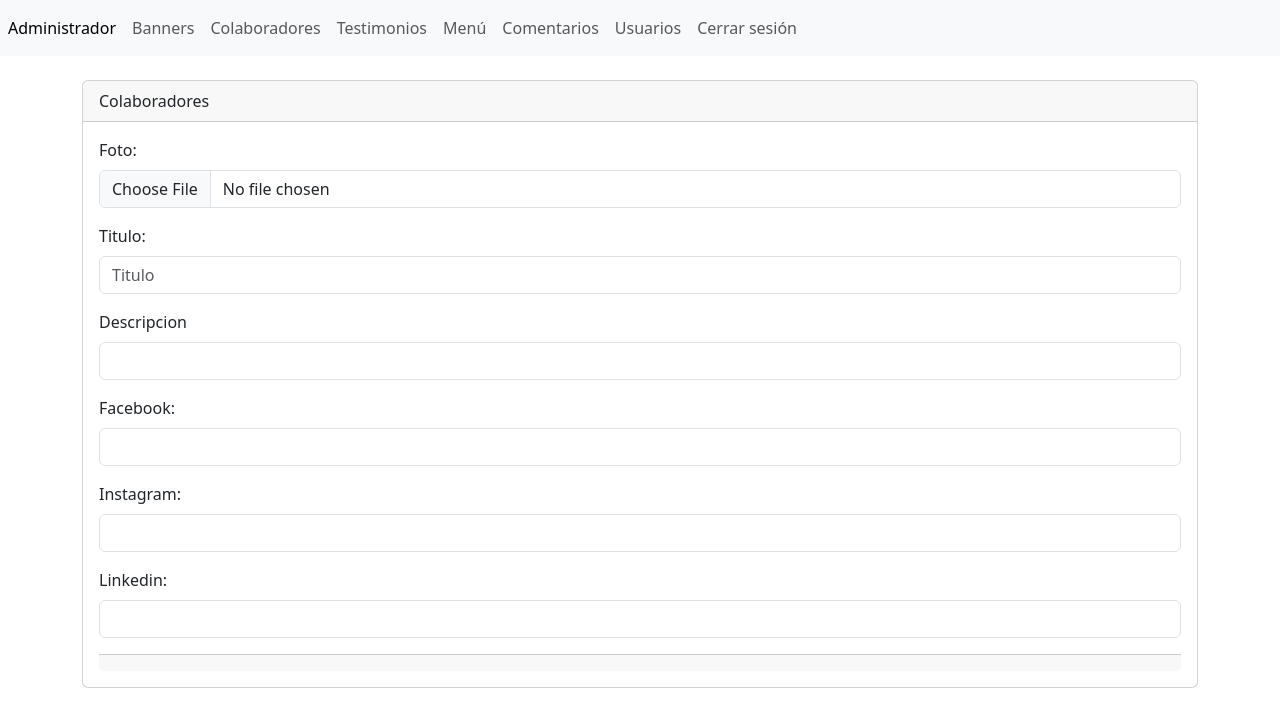
Repository: salextros/Restaurant-Project-PHP-MySQL
Page: http://localhost/TRABAJO_FINAL/restaurant/admin/seccion/colaboradores/crear.php
The author's editor kept a copy of each file at every save. The page is drawn from the files as they stood at one save, then again after the next save.
The browser window is 1280 px wide. The pictures show the whole page.
The page is run by PHP 8.4 with error messages shown; the project is at /var/www/html/.

Above is the page before, as saved 2026-01-24 18:11:06.

After the next save:
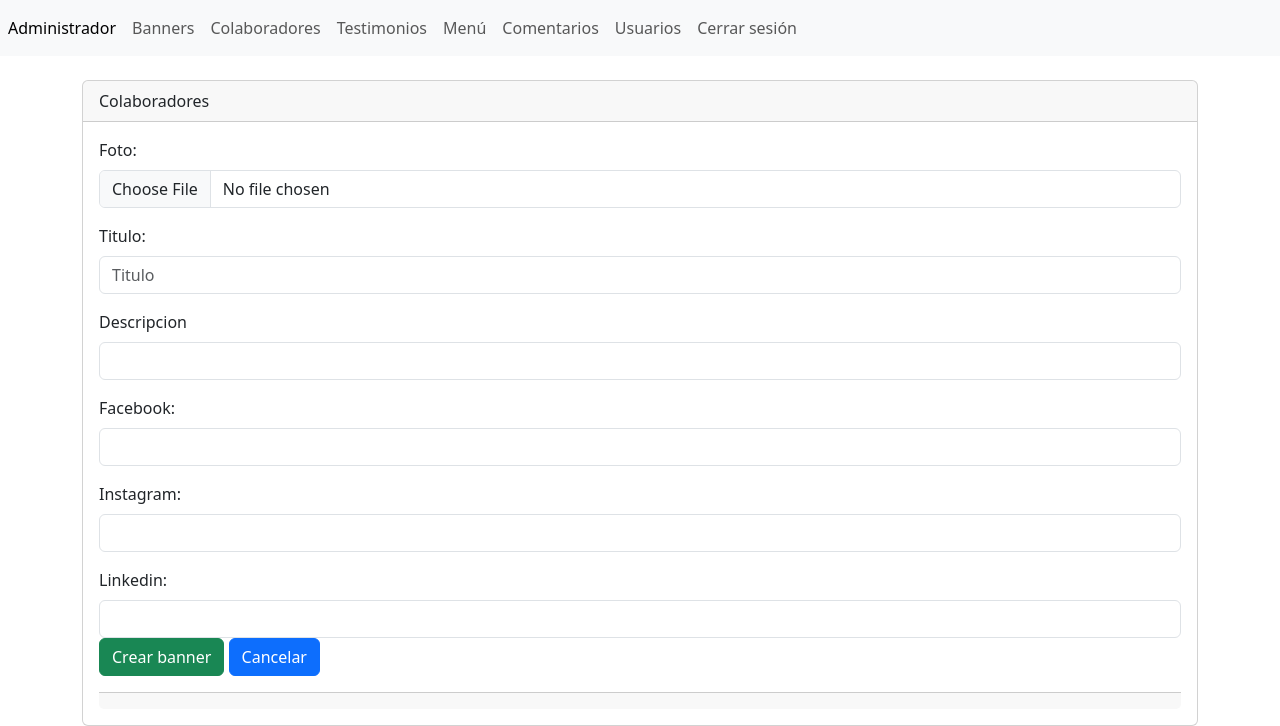
Saved 100 s later.
--- a/restaurant/admin/seccion/colaboradores/crear.php
+++ b/restaurant/admin/seccion/colaboradores/crear.php
@@ -37,6 +37,8 @@ include('../../templates/header.php');
                 <label for="linklinkedin" class="form-label">Linkedin:</label>
                 <input type="text" class="form-control" name="linklinkedin" id="" aria-describedby="helpId" placeholder=""/>
 
+            <button type="submit" class="btn btn-success">Crear banner</button>
+            <a name="" id="" class="btn btn-primary" href="index.php" role="button">Cancelar</a>
 
 
 
